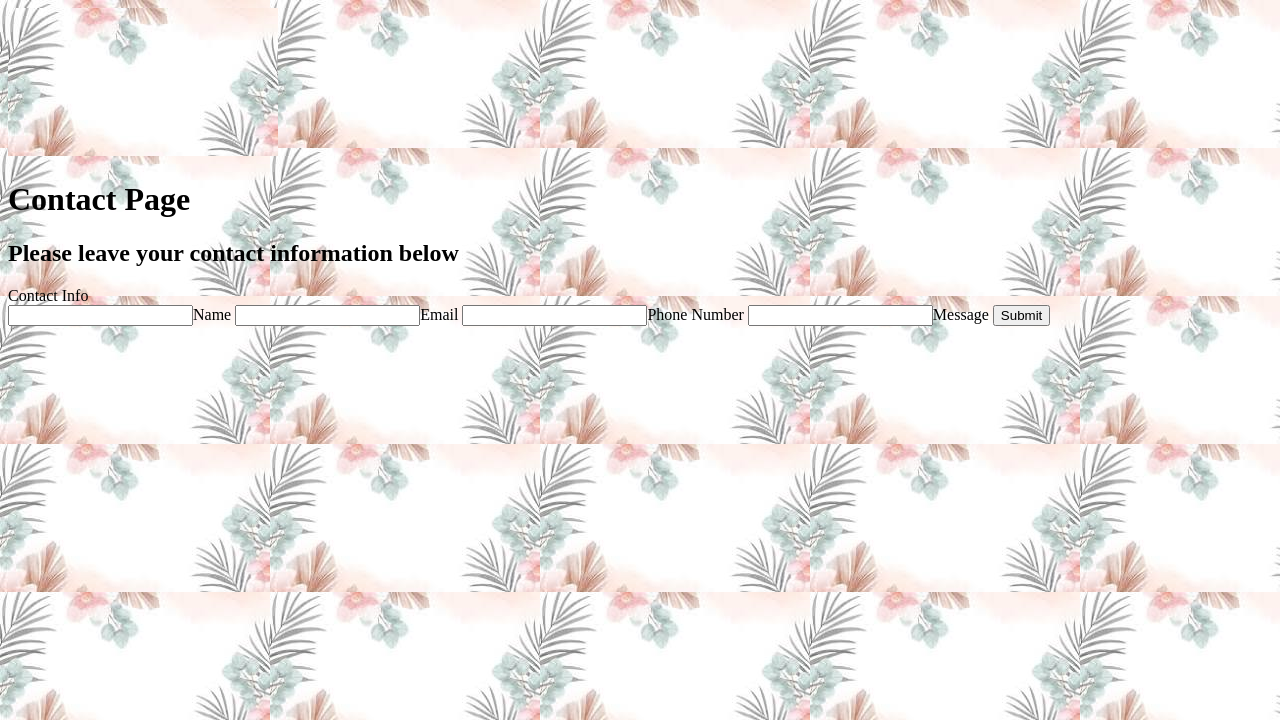
Repository: MelindaN14/My-Personal-Website
Page: contact.html
The author's editor kept a copy of each file at every save. The page is drawn from the files as they stood at one save, then again after a run of saves.
The browser window is 1280 px wide. The pictures show the whole page.

Above is the page before, as saved 2024-03-25 22:15:37.

### contact.html
<!DOCTYPE html>
<html lang="en">
  <head>
    <meta charset="UTF-8" />
    <meta name="viewport" content="width=device-width, initial-scale=1.0" />
    <img src="contact backgound.jpeg" a href="contact backgound.jpeg">
    <title>Contact</title>
    <!-- contact form needs a submit button along with email and phone  -->
  </head>
  <body>
    <style>
      body{
        background-image: url("contact\ backgound.jpeg");
        background-size: auto;
      }
    </style>
    <h1>Contact Page</h1>
    <h2>Please leave your contact information below</h2>
    <label for="Form">Contact Info</label>
    <form action="" name="form">
      <input type="text" name="" id="">Name</input>
      <input type="text" name="" id="">Email</input>
      <input type="text" name="" id="">Phone Number</input>
      <input type="text" name="" id="">Message</input>
      <input type="submit" name="" id=""></input>
    </form>
  </body>
  <footer>
  </footer>
</html>

After the next 4 saves:
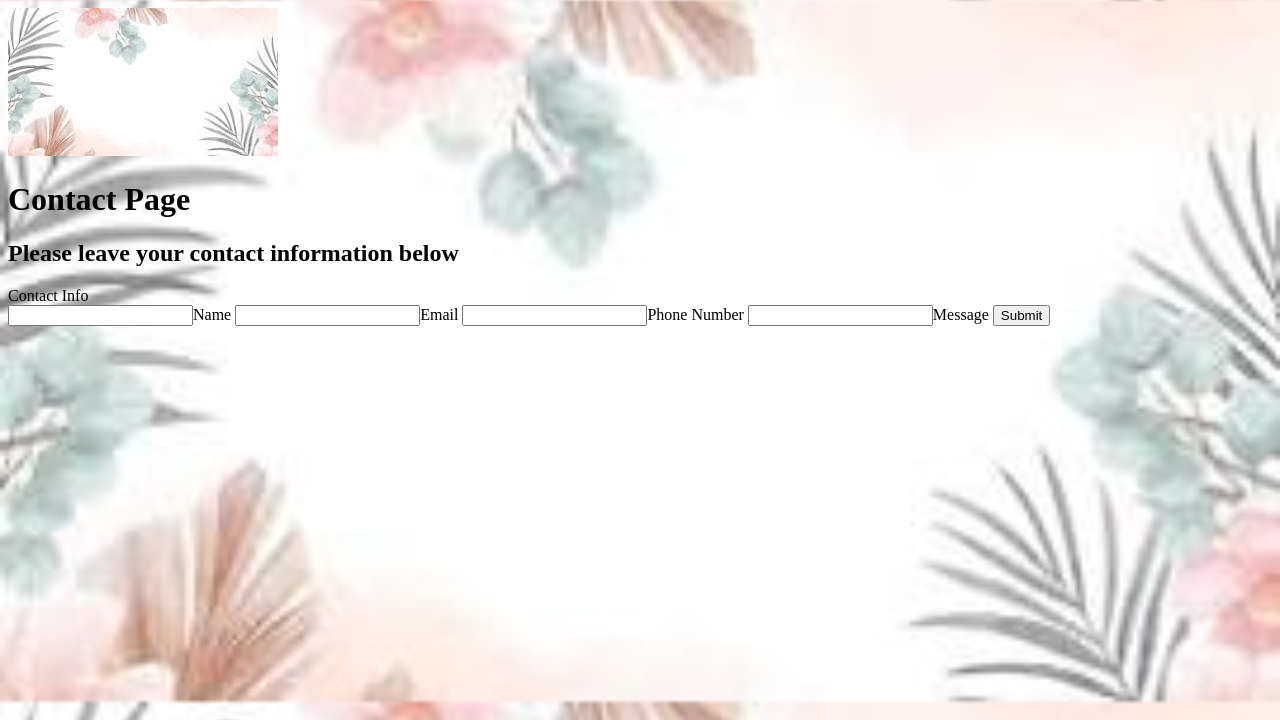
The 4 saves are shown as one change because they came seconds apart.
The last was saved 12 s later.
--- a/contact.html
+++ b/contact.html
@@ -11,7 +11,7 @@
     <style>
       body{
         background-image: url("contact\ backgound.jpeg");
-        background-size: auto;
+        background-size:cover;
       }
     </style>
     <h1>Contact Page</h1>

After the save that followed:
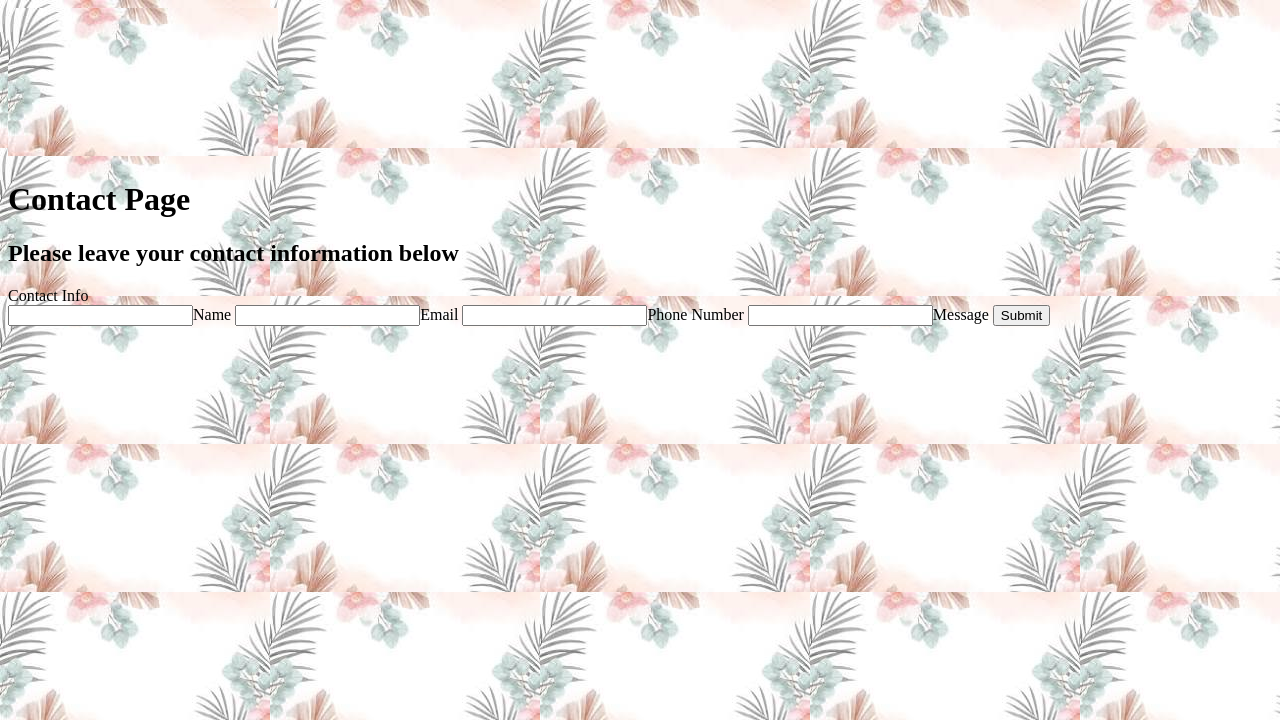
Saved 6 s later.
--- a/contact.html
+++ b/contact.html
@@ -11,7 +11,7 @@
     <style>
       body{
         background-image: url("contact\ backgound.jpeg");
-        background-size:cover;
+        background-size:auto;
       }
     </style>
     <h1>Contact Page</h1>
